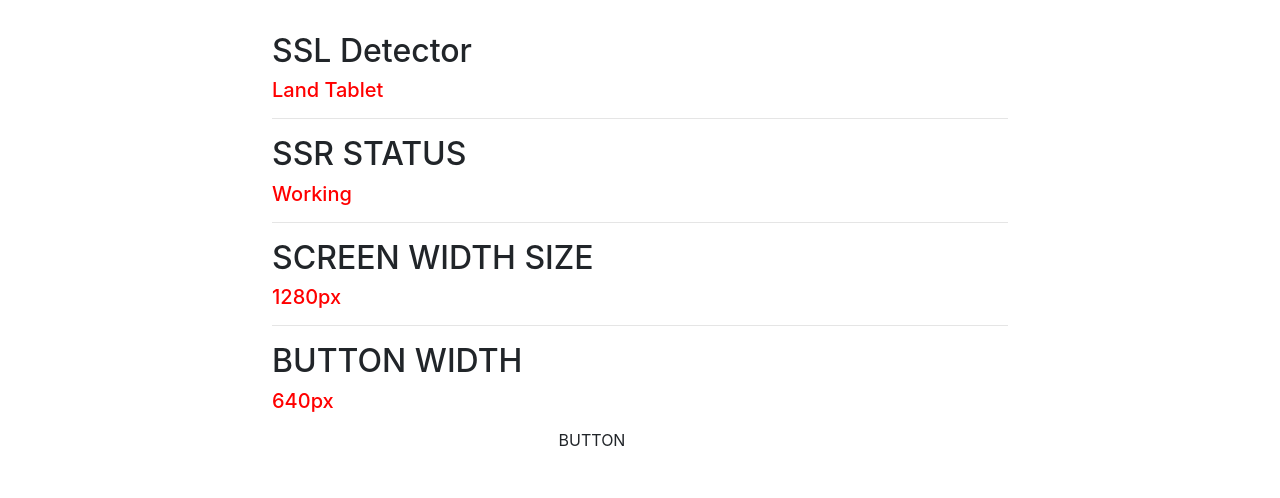
Repository: adrihle/screen-detector-nextpwa
Page: /
The author's editor kept a copy of each file at every save. The page is drawn from the files as they stood at one save, then again after the next save.
The browser window is 1280 px wide. The pictures show the whole page.
The project was rebuilt for these pictures with package versions that can differ from the ones it lists, and the page was loaded fresh each time. The framework's server and built-in components were replaced by stand-ins that run in the browser. Imported but missing from the stored project, and not drawn on this page: pages/_document.

Above is the page before, as saved 2020-12-28 15:16:40.

### pages/_app.js
import App, { Container } from "next/app";
import Head from "next/head";
import styled, { createGlobalStyle } from "styled-components";
import { title } from "./_document";
import ScreenSizeLayout from '../components/layouts/ScreenSizeLayout'

// Any global CSS variables and selectors we want
const GlobalStyle = createGlobalStyle`
  :root {
    --padding: 2rem;
    --max-width: 50rem;
  }

  body {
    background: var(--background--1);
    font-family: 'PT Sans', sans-serif;
    margin: 0;
  }
`;

const Main = styled.main`
  margin: 0 auto;
  max-width: var(--max-width);
  padding: var(--padding);
`;

export default class MyApp extends App {
  static async getInitialProps({ Component, ctx }) {
    let pageProps = {};

    if (Component.getInitialProps) {
      pageProps = await Component.getInitialProps(ctx);
    }

    return { pageProps };
  }

  render() {
    const { Component, pageProps, router } = this.props;

    return (
      <>
        <Head>
          <title>{title}</title>
          <link rel="stylesheet" href="https://stackpath.bootstrapcdn.com/bootstrap/4.3.1/css/bootstrap.min.css" integrity="sha384-ggOyR0iXCbMQv3Xipma34MD+dH/1fQ784/j6cY/iJTQUOhcWr7x9JvoRxT2MZw1T" crossorigin="anonymous"></link>
        </Head>
        <Container>
          {/* here a style layout */}
          <Main>
            {/* here a smart screen detector */}
            <ScreenSizeLayout>
              <Component {...pageProps} router={router} />
            </ScreenSizeLayout>
          </Main>
          <GlobalStyle />
        </Container>
      </>
    );
  }
}

### pages/index.js
import { useEffect, useState } from 'react'
import ScreenSizeLayout from '../components/layouts/ScreenSizeLayout'


const Index = ({ server, size, screen }) => {

  const width = size + 'px'

  const btnWidth = size / 2

  return (
    <>
        <h2>SSL Detector</h2>
        <h5 style={{color:'red'}}>{screen}</h5>
        <hr />
        <h2>SSR STATUS</h2>
        <h5 style={{color:'red'}}>{server ? 'Working' : 'Not Working'}</h5>
        <hr />
        <h2>SCREEN WIDTH SIZE</h2>
        <h5 style={{color:'red'}}>{width}</h5>
        <hr/>
        {size>240 && (
          <>
            <h2>BUTTON WIDTH</h2>
            <h5 style={{color:'red'}}>{`${btnWidth}px`}</h5>
            <button style={{width:btnWidth}} className='btn btn.danger'>BUTTON</button>
          </>
        )}
    </>
  )
}

Index.getInitialProps = async function() {
  return {
    server: true,
  }
};

export default Index;

### components/layouts/ScreenSizeLayout.tsx
import {Children, cloneElement, useState, useEffect } from 'react'

const ScreenSizeLayout = ({ children }) => {

    const [size, setSize] = useState(null)
    const [screen, setScreen] = useState(null)

    const handleSize = () => {
        let width = window.innerWidth
        let heigh = window.innerHeight
        setSize(width)

        if (width < 420){setScreen('Mobile')}
        else if (width > 420 && width < 850 && heigh < 420){setScreen('Land Mobile')}
        else if (width > 420 && width < 850 && heigh > 420){setScreen('Tablet')}
        else if (width > 820 && width < 1300){setScreen('Land Tablet')}
        else {setScreen('Desktop')}
    }

    useEffect(() => {
        handleSize()
        window.addEventListener('resize', handleSize)
        return () => {window.removeEventListener('resize', handleSize)}
    },[])

    const childrenWithProps = Children.map(children, child => {
        return cloneElement(child, {
            size, screen
        });
      });

    return (
        <>
            {childrenWithProps}
        </>
    )
}

export default ScreenSizeLayout

After the next save:
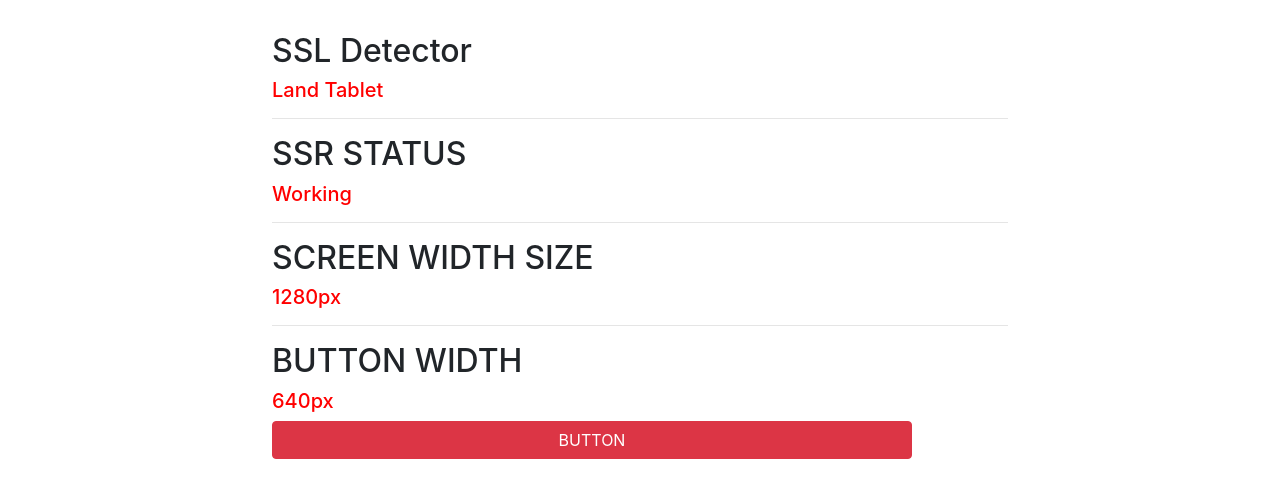
Saved 8 s later.
--- a/pages/index.js
+++ b/pages/index.js
@@ -23,7 +23,7 @@ const Index = ({ server, size, screen }) => {
           <>
             <h2>BUTTON WIDTH</h2>
             <h5 style={{color:'red'}}>{`${btnWidth}px`}</h5>
-            <button style={{width:btnWidth}} className='btn btn.danger'>BUTTON</button>
+            <button style={{width:btnWidth}} className='btn btn-danger'>BUTTON</button>
           </>
         )}
     </>
